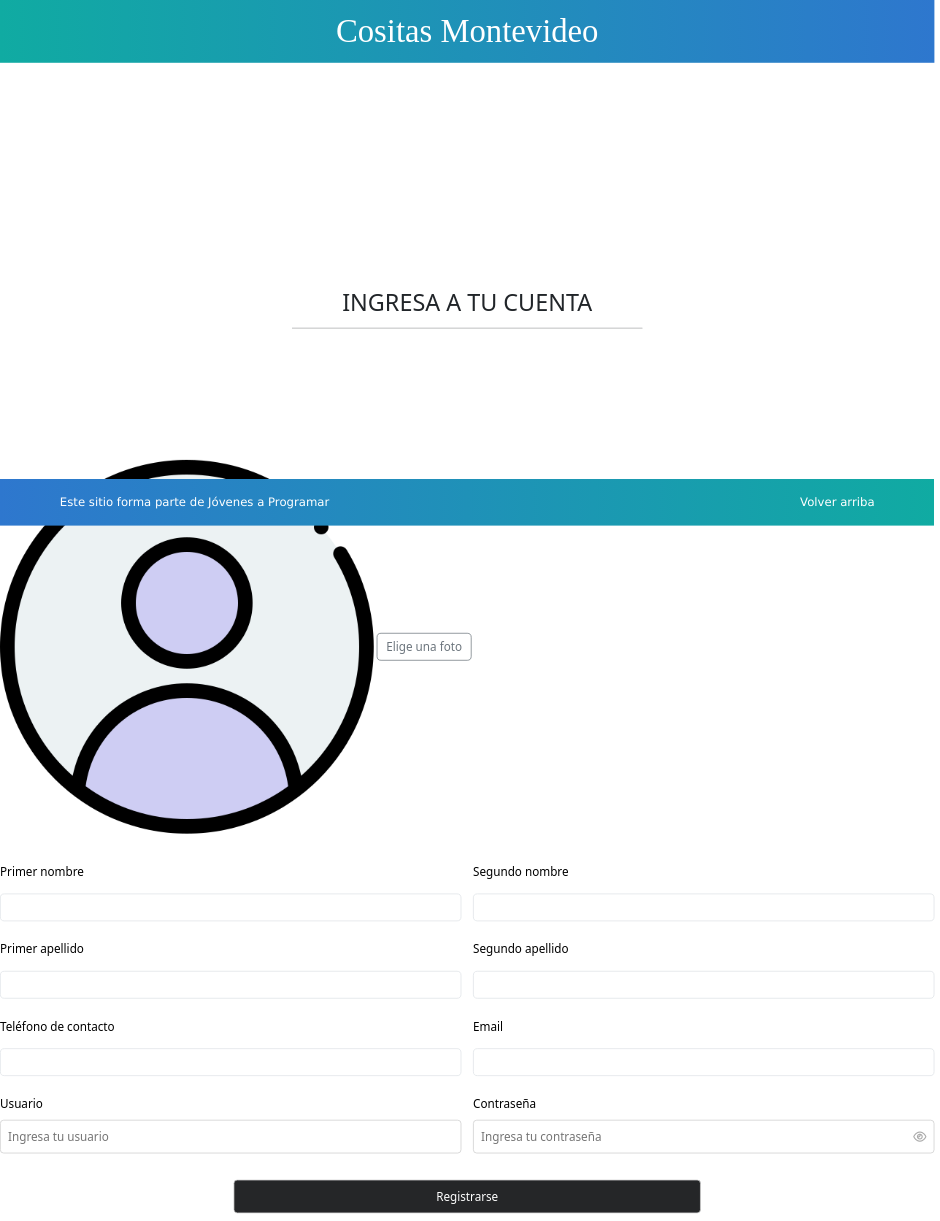
Repository: naticab/proyecto-dw
Page: registration.html
The author's editor kept a copy of each file at every save. The page is drawn from the files as they stood at one save, then again after the next save.
The browser window is 1280 px wide. The page is 1288 px wide, so the pictures cover 1288 px, including what lies to the right of the window. The pictures show the whole page, at 73% of full size.
Some web fonts or font styles are not loaded; a fallback is used.

Above is the page before, as saved 2024-10-22 21:47:24.

### registration.html
<!DOCTYPE html>
<html lang="es">

<head>
    <meta charset="UTF-8">
    <meta name="viewport" content="width=device-width, initial-scale=1, shrink-to-fit=no">
    <title>eMercado - Todo lo que busques está aquí</title>

    <link href="https://fonts.googleapis.com/css?family=Raleway:300,300i,400,400i,700,700i,900,900i" rel="stylesheet">
    <link href="css/bootstrap.min.css" rel="stylesheet">
    <link href="https://cdn.jsdelivr.net/npm/bootstrap@5.3.0/dist/css/bootstrap.min.css" rel="stylesheet">
    <link href="https://cdn.jsdelivr.net/npm/@fortawesome/fontawesome-free/css/all.min.css" rel="stylesheet">
    <link href="css/styles.css" rel="stylesheet" type="text/css">
    <link rel="stylesheet" href="css/login.css" type="text/css">
    <link href="css/header-and-footer.css" rel="stylesheet">
    <link href="https://fonts.googleapis.com/css2?family=Love+Ya+Like+A+Sister&display=swap" rel="stylesheet">
</head>

<body>

    <header>
        <div class="header-container">
            <h1>Cositas Montevideo</h1>
        </div>
    </header>


    <main>
        <div class="login-container">
            <h2 id="login-heading">INGRESA A TU CUENTA</h2>
            <hr>


        </div>
    </main>




    <main>
        <div class="profile-container">
            <div class="profile-image">
                <img src="img/usuario.png" id="profilePic" alt="avatar">
                <input type="file" name="foto" id="foto" accept="image/*" style="display: none;" />
                <label for="foto" class="btn btn-outline-secondary">Elige una foto</label>
            </div>
            <form method="post" class="row g-3 mt-4" id="myForm">
                <div class="col-md-6">
                    <label for="nombre1" class="form-label">Primer nombre</label>
                    <input type="text" class="form-control" id="nombre1" name="nombre" required>
                    <div class="invalid-feedback">Debe ingresar un nombre.</div>
                </div>
                <div class="col-md-6">
                    <label for="nombre2" class="form-label">Segundo nombre</label>
                    <input type="text" class="form-control" id="nombre2" name="nombre2">
                </div>
                <div class="col-md-6">
                    <label for="apellido1" class="form-label">Primer apellido</label>
                    <input type="text" class="form-control" id="apellido1" name="apellido" required>
                    <div class="invalid-feedback">Debe ingresar un apellido.</div>
                </div>
                <div class="col-md-6">
                    <label for="apellido2" class="form-label">Segundo apellido</label>
                    <input type="text" class="form-control" id="apellido2" name="apellido2">
                </div>
                <div class="col-md-6">
                    <label for="telefono" class="form-label">Teléfono de contacto</label>
                    <input type="tel" class="form-control" id="telefono" name="telefono">
                </div>
                <div class="col-md-6">
                    <label for="email" class="form-label">Email</label>
                    <input type="email" class="form-control" id="email" name="email" required>
                    <div class="invalid-feedback">Debe ingresar un email.</div>
                </div>
                <div class="col-md-6">
                    <label for="username">Usuario</label>
                    <input type="text" id="username" name="username" placeholder="Ingresa tu usuario">
                </div>
                <div class="col-md-6">
                    <label for="password">Contraseña</label>
                    <div class="password-container">
                        <input type="password" id="password" name="password" placeholder="Ingresa tu contraseña">
                        <i class="far fa-eye" id="togglePassword"></i>
                    </div>
                </div>
                <div class="col-12 text-center">
                    <button type="submit" id="button">Registrarse</button>
                </div>
            </form>
        </div>
    </main>







    <footer class="text-center py-2">
        <div class="container">
            <div class="footer-content">
                <p class="footer-text">Este sitio forma parte de <a class="footer-link"
                        href="https://jovenesaprogramar.edu.uy/" target="_blank">Jóvenes a Programar</a></p>
                <p class="footer-link-end">
                    <a class="footer-link" href="#">Volver arriba</a>
                </p>
            </div>
        </div>
    </footer>

    <script src="js/login.js"></script>
</body>

</html>

### css/styles.css
.jumbotron,
.card-body,
.container,
.site-header {
  font-family: 'Verdana', serif !important;
}

.row {
  color: black;
}

#login-heading {
  font-size: 2rem;
}

.jumbotron .display-4 {
  font-weight: bold;
}

h2 {
  font-size: 2rem;
}

nav a {
  text-decoration: none;
}

.bd-placeholder-img {
  font-size: 1.125rem;
  text-anchor: middle;
  -webkit-user-select: none;
  -moz-user-select: none;
  -ms-user-select: none;
  user-select: none;
}

@media (min-width: 768px) {
  .bd-placeholder-img-lg {
    font-size: 3.5rem;
  }
}

.jumbotron {
  height: 50vh;
  padding: 5em inherit;
  margin-bottom: 0;
  background-color: #53C0FB;
  background: url('../img/cover_back.png');
  background-size: cover;
  background-position: center;
  background-repeat: no-repeat;
  color: black;
  font-weight: bold;
}

@media (min-width: 768px) {
  .jumbotron {
    padding-top: 6rem;
    padding-bottom: 6rem;
  }
}

.jumbotron p:last-child {
  margin-bottom: 0;
}

.jumbotron-heading {
  font-weight: 300;
}

.jumbotron .container {
  max-width: 40rem;
  background-color: rgba(255, 255, 255, 0.5);
  border-radius: 10px;
  text-shadow: 1px 1px 2px grey;
}

.jumbotron .lead {
  font-size: 38px;
}

.dropzone {
  border: 2px dashed #0087F7;
  border-radius: 5px;
  background: white;
}

.img-fit {
  max-height: 100%;
}

.alert {
  position: fixed;
  top: 80px;
  width: 50%;
  left: 50%;
  transform: translate(-50%, 0);
}

.lds-ring {
  display: inline-block;
  position: relative;
  width: 64px;
  height: 64px;
  top: 50%;
  left: 50%;
}

.cursor-active {
  cursor: pointer;
}

.left {
  float: left;
  padding: 4px;
  background-color: rgba(255, 255, 255, 0.5);
}

.lds-ring div {
  box-sizing: border-box;
  display: block;
  position: absolute;
  width: 51px;
  height: 51px;
  margin: 6px;
  border: 6px solid #fff;
  border-radius: 50%;
  animation: lds-ring 1.2s cubic-bezier(0.5, 0, 0.5, 1) infinite;
  border-color: #fff transparent transparent transparent;
}

.lds-ring div:nth-child(1) {
  animation-delay: -0.45s;
}

.lds-ring div:nth-child(2) {
  animation-delay: -0.3s;
}

.lds-ring div:nth-child(3) {
  animation-delay: -0.15s;
}

@keyframes lds-ring {
  0% {
    transform: rotate(0deg);
  }

  100% {
    transform: rotate(360deg);
  }
}

.signin {
  width: 100%;
  max-width: 330px;
  padding: 15px;
  margin: auto;
}

#spinner-wrapper {
  position: fixed;
  background-color: rgba(0, 0, 0, 0.5);
  width: 100%;
  height: 100%;
  top: 0;
  left: 0;
  z-index: 1021;
  display: none;
}

main {
  min-height: calc(100vh - 210px);
}

a.custom-card,
a.custom-card:hover {
  color: inherit;
  text-decoration: inherit;
}

.checked {
  color: orange;
}

### css/login.css
body {
    display: flex;
    flex-direction: column;
    height: 100vh; /* Asegura que el body ocupe toda la altura de la ventana */
    margin: 0;
    padding: 0;
}

main {
    display: flex;
    justify-content: center;
    align-items: center;
}


.login-container {
    width: 30em;
    text-align: center;
}

input, button {
    width: 100%;
    padding: 10px;
    margin: 10px 0;
    border-radius: 5px;
    border: 1px solid #ccc;
}

button {
    width: 50%;
    background-color: #252628;
    color: white;
    cursor: pointer;
}

button:hover {
    background-color: #3f3f3f;
}


.password-container {
    position: relative;
}

.password-container i {
    position: absolute;
    right: 10px;
    top: 50%;
    transform: translateY(-50%);
    cursor: pointer;
    color: #aaa;
}


header {
    background: #121219;
    color: #fff;
    width: 100%;
    display: flex;
    justify-content: center;
    align-items: center;
    padding: 1rem 0;
    box-sizing: border-box; /* Asegúrate de que el padding no afecte el ancho total */
    margin: 0;
}

.header-container {
    width: 100%;
    text-align: center;
}

h1 {
    font-family: "Love Ya Like A Sister", cursive;
    margin: 0;
}


footer {
    position: fixed;
    bottom: 0;
    left: 0;
    width: 100%;
    padding-top: 1rem;
    padding-bottom: 1rem;
    background-color: #f8f9fa;
    text-align: center;
}

@media (max-width: 768px) {
    .login-container {
        width: 25em;
    }
}

@media (max-width: 576px) {

    body {
        background-color: #AAA8A4;
    }

    .login-container {
        width: 20em;
        padding: 15px;
    }

    button {
        width: 50%;
    }

    input {
        margin: 5px 0;
    }

    footer {
        visibility: hidden;
    }
}

### css/header-and-footer.css
header {
    background: linear-gradient(to right, #10ABA2, #2E77CE);
    color: #fff;
    position: relative;
}

h1 {
    font-family: "Love Ya Like A Sister", cursive;
    font-size: 2.8rem;
}

a#inicio {
    color: #f1f1f1;
    text-decoration: none;
}

a#inicio:hover {
    color: white;
    transition: color 0.3s, text-shadow 0.3s;
}

.subtitulos-header {
    font-size: 1.2rem;
}

a.nav-link {
    color: #f1f1f1;
}

a.nav-link:hover {
    color: #9b9a9b;
    transition: color 0.3s, text-shadow 0.3s;
    transform: scale(1.05);
}

/* Espaciado entre los elementos del menú */
.navbar-nav .nav-item {
    margin-right: 40px;
}

.navbar-nav .nav-item:last-child {
    margin-right: 0;
    /* Quitar margen derecho al último elemento */
}

#user-name.nav-link {
    color: #f1f1f1;
}

#user-name.nav-link:hover {
    color: #9b9a9b;
    transform: scale(1.05);
    transition: color 0.3s, text-shadow 0.3s;
}

.navbar-collapse {
    justify-content: flex-end;
}

.navbar-toggler:hover {
    cursor: pointer;
}


.user-avatar {
    border-radius: 50%;
    width: 50px;
    height: 50px;
}

.user-avatar:hover {
    transform: scale(1.10);
    transition: 0.3s;
}

.navbar-nav .dropdown-menu {
    background: linear-gradient(to right, #10ABA2, #2E77CE);
    border: none;
}

.navbar-nav .dropdown-menu:hover {
    cursor: pointer;
    color: #9b9a9b;
    transition: color 0.3s, text-shadow 0.3s;
}

.dropdown-toggle::after {
    display: none;
}

.navbar-nav .nav-link {
    display: flex;
    align-items: center;
    height: 100%;
    padding: 0.5rem 0;
}



/* Modo Claroscuro */

/* Modo Claro */
body.light-mode {
    background-color: #edf2f374;
}

body.light-mode .product-card:hover {
    box-shadow: 0 4px 8px #16161633;
    background-color: #bef3ff91;
    cursor: pointer;
}

body.light-mode .related-products:hover {
    box-shadow: #00000033;
    background-color: #bef3ff91;
    cursor: pointer;
}



/* Modo Oscuro */
body.dark-mode {
    background-color: #262729;
    color: rgb(208, 208, 208);
}

body.dark-mode .product-card:hover {
    box-shadow: 0 4px 8px #16161633;
    background-color: #bef3ff;
    cursor: pointer;
}

body.dark-mode .related-products:hover {
    box-shadow: #00000033;
    background-color: #bef3ff;
    cursor: pointer;
}

body.dark-mode .color-letters {
    color: white;
}


/* Palanca para activar el claroscuro */

#mode-toggle {
    border: none;
    outline: none;
    box-shadow: none;
}

#mode-toggle i {
    transition: color 0.3s;
    font-size: 1.2rem;
    cursor: pointer;
    color: #ffffff;
}

#mode-toggle:hover {
    background: none;
    transform: scale(1.05);
}

#mode-toggle:hover .fa-sun {
    color: #ffd700;
}

#mode-toggle:hover .fa-moon {
    color: #000000;
}



/* Cart */

#cart-button {
    border: none;
    outline: none;
    box-shadow: none;
    background-color: transparent;
}

#cart-button i {
    transition: color 0.3s;
    font-size: 1.2rem;
    color: #ffffff;
}

#cart-button i:hover {
    color: #9B9A9B;
    transform: scale(1.05);
}




@media (max-width: 995px) {

    .hamburger {
        display: flex;
        flex-direction: row;
        align-items: center;
        justify-content: space-between;
    }

    .navbar-toggler {
        position: relative;
        right: 0;
    }

    .navbar-collapse {
        display: none;
        position: absolute;
        top: 148%;
        left: -45px;
        width: 270%;
        z-index: 999;
        flex-direction: column-reverse;
        align-items: center;
        justify-content: center;
    }

    .navbar-collapse.show {
        display: flex;
    }

    .navbar-nav {
        background: linear-gradient(to right, #10ABA2, #2E77CE);
        color: #fff;
        padding: 1.5rem;
        border-radius: 0 0 100px 100px;
        font-weight: bold;
        text-align: center;
        display: flex;
        justify-content: center;
        /* Centra horizontalmente todos los li */
        align-items: center;
        /* Centra verticalmente los li */
        width: 100%;
    }

    .navbar-toggler-icon {
        background-image: url('data:[embedded picture, 238 characters]');
        filter: brightness(0) invert(1);
        /* Cambia el icono a blanco */
    }

    .navbar-toggler:focus {
        outline: none;
        box-shadow: none;
    }


    .navbar-nav:hover {
        cursor: pointer;
    }

    a.nav-link:hover {
        color: #9b9a9b;
        transition: color 0.3s, text-shadow 0.3s;
        transform: scale(1.05);
    }

    .navbar-nav .nav-item {
        margin: 10px 0;
    }
}


footer {
    background: linear-gradient(to right, #2E77CE, #10ABA2);
    color: #fff;
    min-height: 4rem;
    display: flex;
    justify-content: center;
    align-items: center;
    padding: 0 1rem;
}

.container {
    width: 100%;
}

.footer-content {
    display: flex;
    justify-content: space-between;
    width: 100%;
    align-items: center;
}

.footer-text {
    margin: 0;
    text-align: center;
}

.footer-link-end {
    margin: 0;
    text-align: right;
}

.footer-link {
    color: #fff;
    text-decoration: none;
}

.footer-link:hover {
    color: #9b9a9b;
    transition: color 0.3s, text-shadow 0.3s;
    transform: scale(1.05);
}


/* Menú desplegable del usuario */

@media (max-width: 995px) {
    .navbar-nav .dropdown-menu {
        width: auto;
        min-width: 150px;
        max-width: 200px;
        left: 0;
        right: auto;
        top: 100%;
        position: relative;
        z-index: 1000;
    }

    .dropdown-menu>li {
        padding: 0.05rem;

    }

    .dropdown-item {
        width: 100%;
        white-space: normal;
    }
}

main {
    min-height: 100vh;
    /* El contenido ocupará al menos el 100% de la altura de la ventana */
    padding-bottom: 30px;
    /* Da espacio suficiente para que el contenido no se superponga con el footer */
    box-sizing: border-box;
}

### js/login.js
document.getElementById('togglePassword').addEventListener('click', function () {
    const passwordField = document.getElementById('password');
    const type = passwordField.getAttribute('type') === 'password' ? 'text' : 'password';
    passwordField.setAttribute('type', type);

    this.classList.toggle('fa-eye-slash');
});

### js/my-profile.js
document.addEventListener("DOMContentLoaded", function () {
  const defaultFile = 'img/usuario.png';
  const fileInput = document.getElementById('foto');
  const profilePic = document.getElementById('profilePic');
  const userImageElement = document.getElementById('user-image');
  const userImage = userImageElement ? userImageElement.querySelector('img') : null;

  // Cargar la imagen de perfil desde localStorage
  const savedImage = localStorage.getItem('profileImage');
  if (savedImage) {
    profilePic.src = savedImage; // Actualiza la imagen en el perfil
    if (userImage) userImage.src = savedImage; // Actualiza la imagen en el header
  } else {
    profilePic.src = defaultFile; // Imagen por defecto
    if (userImage) userImage.src = defaultFile; // Imagen por defecto
  }

  fileInput.addEventListener('change', e => {
    if (e.target.files[0]) {
      const reader = new FileReader();
      reader.onload = function (e) {
        const imageBase = e.target.result;
        profilePic.src = imageBase; // Actualiza la imagen en el perfil
        if (userImage) userImage.src = imageBase; // Actualiza la imagen en el header
        localStorage.setItem('profileImage', imageBase); // Guarda la imagen en localStorage
      };
      reader.readAsDataURL(e.target.files[0]); // Lee el archivo como URL en Base64
    } else {
      profilePic.src = defaultFile; // Imagen por defecto
      if (userImage) userImage.src = defaultFile; // Imagen por defecto
      localStorage.removeItem('profileImage'); // Eliminar imagen de localStorage
    }
  });

  // Recuperar los datos guardados en localStorage al cargar la página
  const nombre1 = document.getElementById("nombre1");
  const apellido = document.getElementById("apellido1");
  const email = document.getElementById("email");

  if (localStorage.getItem("nombre")) {
    nombre1.value = localStorage.getItem("nombre");
  }

  if (localStorage.getItem("apellido")) {
    apellido.value = localStorage.getItem("apellido");
  }

  if (localStorage.getItem("userEmail")) {
    email.value = localStorage.getItem("userEmail");
  }

  // Validación del formulario y guardar datos en localStorage
  document.getElementById("regBtn").addEventListener("click", function (e) {
    e.preventDefault(); // Evita el envío del formulario
    let isValid = true;

    // Validar campos requeridos
    if (!nombre1.value.trim()) {
      nombre1.classList.add("is-invalid");
      isValid = false;
    } else {
      nombre1.classList.remove("is-invalid");
      nombre1.classList.add("is-valid");
    }

    if (!apellido.value.trim()) {
      apellido.classList.add("is-invalid");
      isValid = false;
    } else {
      apellido.classList.remove("is-invalid");
      apellido.classList.add("is-valid");
    }

    // Validación del email usando una expresión regular para verificar que tenga @
    const emailRegex = /^[^\s@]+@[^\s@]+\.[^\s@]+$/;
    if (!email.value.trim() || !emailRegex.test(email.value)) {
      email.classList.add("is-invalid");
      isValid = false;
    } else {
      email.classList.remove("is-invalid");
      email.classList.add("is-valid");
    }

    // Si todo es válido, guardar en localStorage
    if (isValid) {
      localStorage.setItem("nombre", nombre1.value);
      localStorage.setItem("apellido", apellido.value);
      localStorage.setItem("userEmail", email.value);
      alert("Datos guardados con éxito.");
    }
  });
});

Loaded but not shown: css/bootstrap.min.css (library)

After the next save:
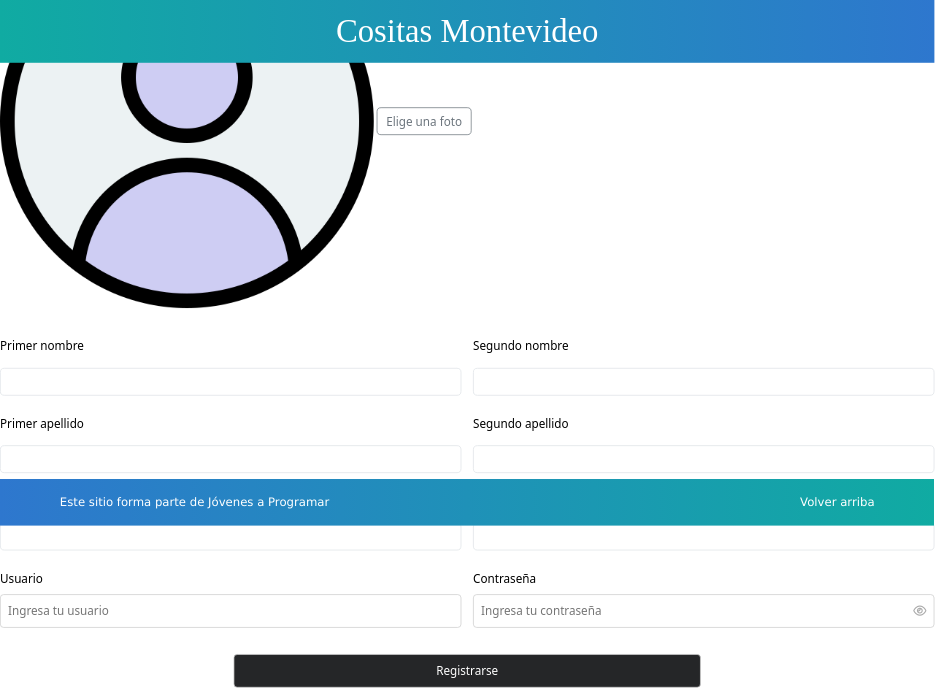
Console error: TypeError: Cannot read properties of null (reading 'addEventListener')
Saved 69 s later.
--- a/registration.html
+++ b/registration.html
@@ -23,18 +23,6 @@
             <h1>Cositas Montevideo</h1>
         </div>
     </header>
-
-
-    <main>
-        <div class="login-container">
-            <h2 id="login-heading">INGRESA A TU CUENTA</h2>
-            <hr>
-
-
-        </div>
-    </main>
-
-
 
 
     <main>
@@ -91,11 +79,6 @@
     </main>
 
 
-
-
-
-
-
     <footer class="text-center py-2">
         <div class="container">
             <div class="footer-content">
@@ -109,6 +92,7 @@
     </footer>
 
     <script src="js/login.js"></script>
+    <script src="js/my-profile.js"></script>
 </body>
 
 </html>
